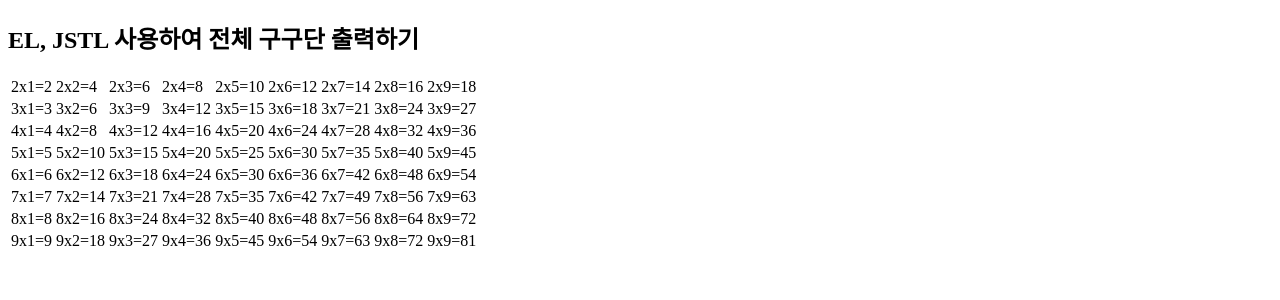
Repository: nobley3/EclipseIDE
Page: http://localhost/ELprj0908실습/quiz7
These files come from the project's save history. The page is drawn as it stood at one moment and after the next save; the edit follows.
The browser window is 1280 px wide. The pictures show the whole page.
The page is served by Tomcat 9.

Above is the page before, as saved 2023-09-08 06:21:59.

After the next save:
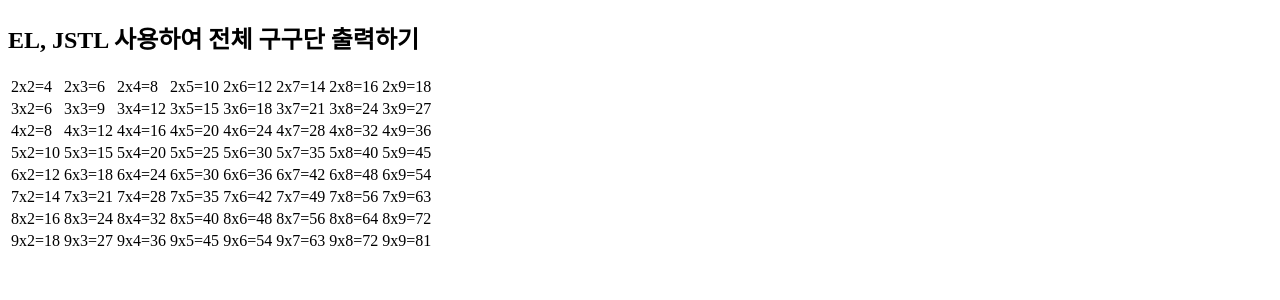
Saved 6 s later.
--- a/ELprj0908실습/src/main/webapp/WEB-INF/views/quiz7.jsp
+++ b/ELprj0908실습/src/main/webapp/WEB-INF/views/quiz7.jsp
@@ -13,7 +13,7 @@
 <table>
 <c:forEach var="i" begin="2" end="9">
 <tr>
-<c:forEach var="j" begin="1" end="9">
+<c:forEach var="j" begin="2" end="9">
 
 <td>${i}x${j}=${i*j}</td>
 </c:forEach>
